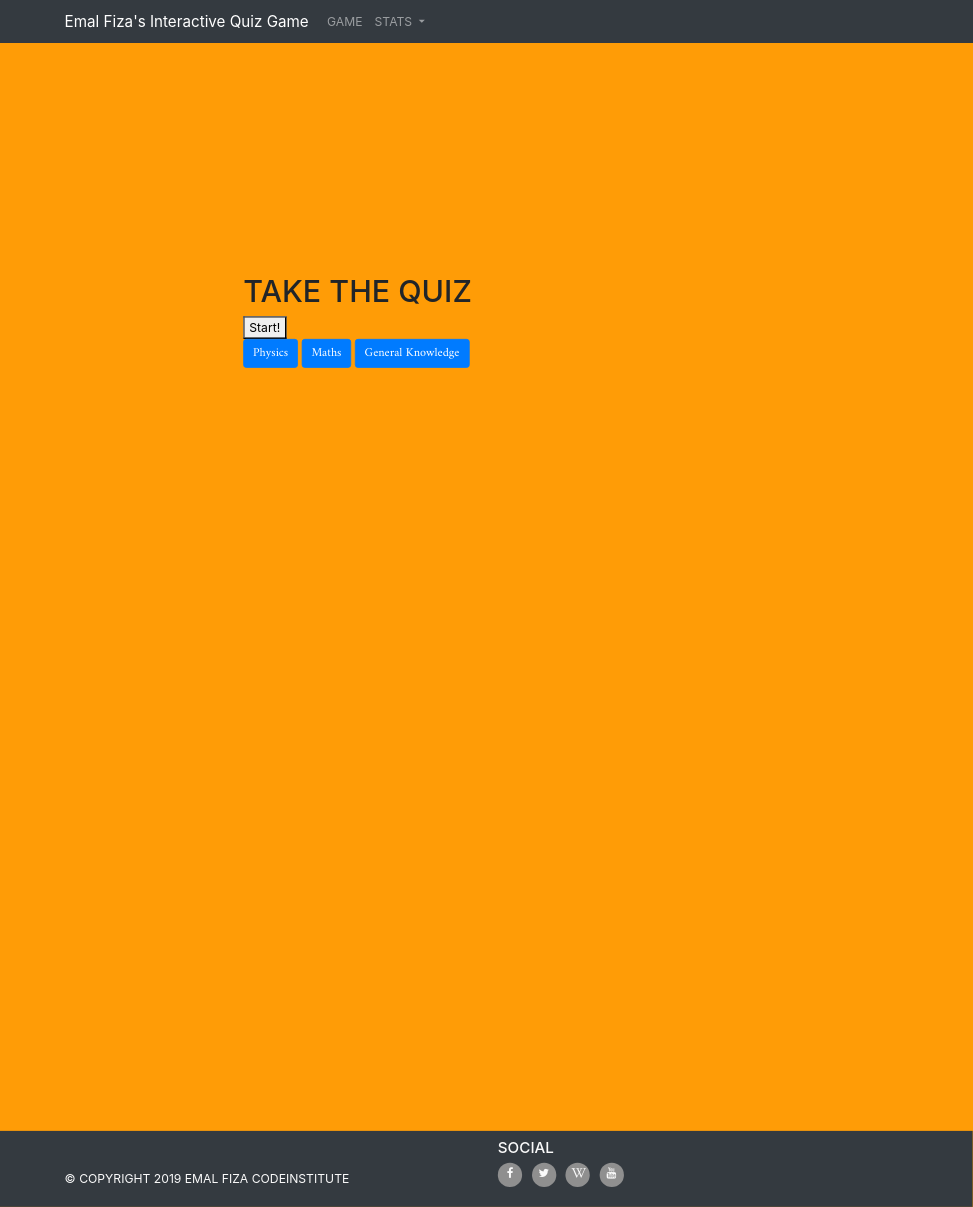
Repository: emalfiza/interactive-quiz-game
Page: index.html
The author's editor kept a record of every edit. The page is drawn from the files as they stood at one moment, then again after the next edit.
The browser window is 1280 px wide. The pictures show the whole page, at 76% of full size.
Some web fonts or font styles are not loaded; a fallback is used. Some web libraries are served in a nearby version.

Above is the page before.
Console error: TypeError: $(...).scrollspy is not a function

After the next edit:
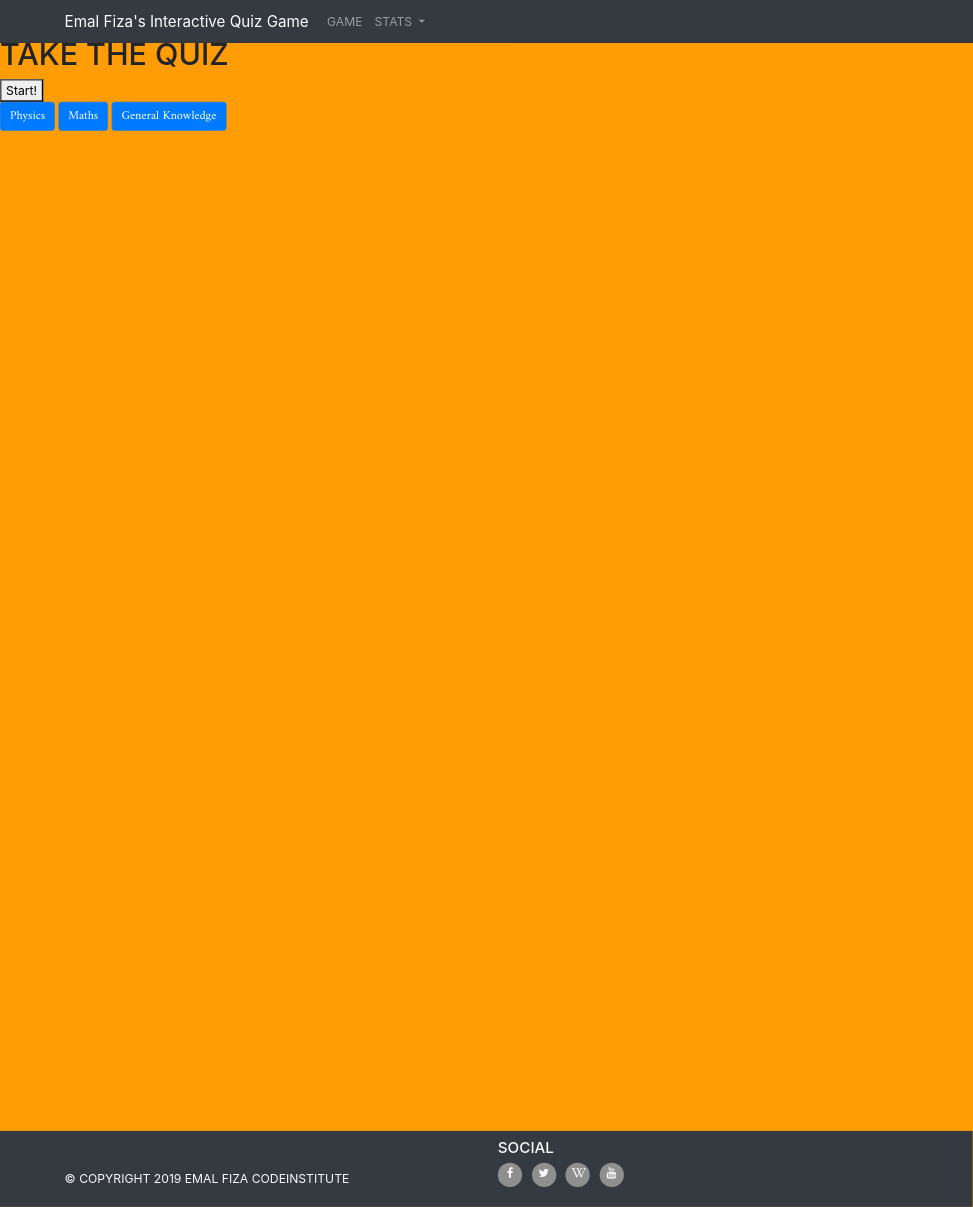
The edit:
--- a/index.html
+++ b/index.html
@@ -52,18 +52,17 @@
         <!-- section to hold content for quiz game -->
         <section id="game" class="min-vw-100 min-vh-100">
             <!-- Bootsttrap predefined button class from the bootstarp ducomentation -->
-            <div id="center">
-                <div id="fullQuiz">
-                    <div>
-                        <h1 id="heading1">TAKE THE QUIZ</h1>
-                        <button id="startButton" type="button">Start!</button>
-                    </div>
+            <div id="fullQuiz">
+                <div>
+                    <h1 id="heading1">TAKE THE QUIZ</h1>
+                    <button id="startButton" type="button">Start!</button>
                 </div>
-                <button id="physics" type="button" class="btn btn-primary">Physics</button>
-                <button id="maths" type="button" class="btn btn-primary">Maths</button>
-                <button id="general" type="button" class="btn btn-primary">General Knowledge</button>
-                <div id="quizDiv">
-                </div>
+            </div>
+            <button id="physics" type="button" class="btn btn-primary">Physics</button>
+            <button id="maths" type="button" class="btn btn-primary">Maths</button>
+            <button id="general" type="button" class="btn btn-primary">General Knowledge</button>
+            <div id="quizDiv">
+            </div>
             </div>
         </section>
 
